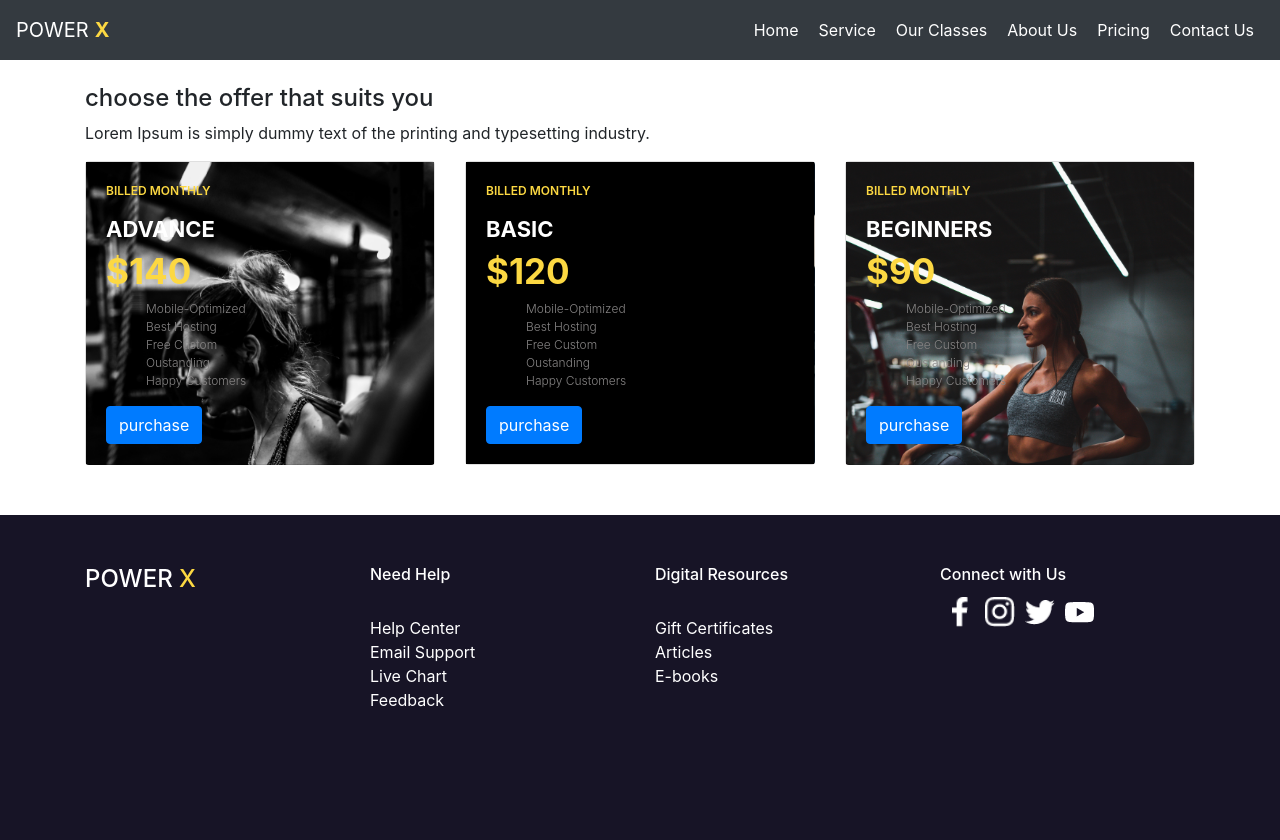
Repository: arif286/power-x-gym
Page: /pricing
The author's editor kept a copy of each file at every save. The page is drawn from the files as they stood at one save, then again after the next save.
The browser window is 1280 px wide. The pictures show the whole page.
The project was rebuilt for these pictures with package versions that can differ from the ones it lists, and the page was loaded fresh each time. Also part of the build but not shown: src/components/Classes/Classes.js, src/components/About/About.js, src/components/ChooseUs/ChooseUs.js, src/components/Programs/Programs.css, src/components/Programs/Programs.js, src/components/WorkOut/WorkOut.css, src/components/WorkOut/WorkOut.js, src/components/Home/Home.js.

Above is the page before, as saved 2021-04-07 23:29:20.

### src/index.js
import React from 'react';
import ReactDOM from 'react-dom';
import App from './App';
import "./index.css";
import reportWebVitals from './reportWebVitals';
ReactDOM.render(
  <React.StrictMode>
    <App />
  </React.StrictMode>,
  document.getElementById('root')
);

// If you want to start measuring performance in your app, pass a function
// to log results (for example: reportWebVitals(console.log))
// or send to an analytics endpoint. Learn more: https://bit.ly/CRA-vitals
reportWebVitals();

### src/App.js
import "bootstrap/dist/css/bootstrap.min.css";
import React from 'react';
import { BrowserRouter as Router, Route, Switch } from "react-router-dom";
import Classes from "./components/Classes/Classes";
import Footer from "./components/Footer/Footer";
import Header from './components/Header/Header';
import Home from './components/Home/Home';
import PricingPlan from "./components/PricingPlan/PricingPlan";
function App() {
  return (
    <div>
      <Router>
        <Header />
        <Switch>
          <Route path="/home">
            <Home />
          </Route>
          <Route path="/classes">
            <Classes/>
          </Route>
          <Route path='/pricing'>
            <PricingPlan/>
          </Route>
          <Route exact path="/">
            <Home />
          </Route>
        </Switch>
        <Footer />
      </Router>
    </div>
  );
}

export default App;

### src/components/Footer/Footer.js
import React from "react";
import { Col, Container, Row } from "react-bootstrap";
import { NavLink } from "react-router-dom";
import Facebook from "../../power-x-gym/Image & Icon/bxl-facebook.png";
import Instagram from "../../power-x-gym/Image & Icon/bxl-instagram.png";
import Twitter from "../../power-x-gym/Image & Icon/bxl-twitter.png";
import YouTube from "../../power-x-gym/Image & Icon/bxl-youtube.png";
import "./Footer.css";
const Footer = () => {
  return (
    <footer>
      <Container>
        <Row className="footer-title">
          <Col xs={12} sm={6} md={3} className="pb-5">
            <h4 style={{ color: "white" }}>
              POWER <span style={{ color: "#fcd842" }}>X</span>
            </h4>
          </Col>
          <Col xs={12} sm={6} md={3} className="pb-5">
            <h6>Need Help</h6>
            <ul className="footer-link">
              <li>
                <NavLink className="company-list" to="/">
                  Help Center
                </NavLink>
              </li>
              <li>
                <NavLink className="company-list" to="/">
                  {" "}
                  Email Support
                </NavLink>
              </li>
              <li>
                <NavLink className="company-list" to="/">
                  Live Chart
                </NavLink>
              </li>
              <li>
                <NavLink className="company-list" to="/">
                  Feedback
                </NavLink>
              </li>
            </ul>
          </Col>
          <Col xs={12} sm={6} md={3} className="pb-5">
            <h6>Digital Resources</h6>
            <ul className="footer-link">
              <li>
                <NavLink className="company-list" to="/">
                  Gift Certificates
                </NavLink>
              </li>
              <li>
                <NavLink className="company-list" to="/">
                  Articles
                </NavLink>
              </li>
              <li>
                <NavLink className="company-list" to="/">
                  E-books
                </NavLink>
              </li>
            </ul>
          </Col>
          <Col xs={12} sm={6} md={3} className="pb-5">
            <h6>Connect with Us</h6>
            <div className="social-link">
              <p>
                <a href="/">
                  <img className="social-img" src={Facebook} alt="" />
                </a>
              </p>
              <p className="social-link">
                <a href="/">
                  <img className="social-img" src={Instagram} alt="" />
                </a>
              </p>
              <p>
                <a href="/">
                  <img className="social-img" src={Twitter} alt="" />
                </a>
              </p>
              <p>
                <a href="/">
                  <img className="social-img" src={YouTube} alt="" />
                </a>
              </p>
            </div>
          </Col>
        </Row>
      </Container>
    </footer>
  );
};

export default Footer;

### src/components/Header/Header.js
import React from "react";
import { Nav, Navbar } from "react-bootstrap";
import { NavLink } from "react-router-dom";
import './Header.css';
const Header = () => {
  return (
    <div>
      <Navbar bg="dark" variant="dark" expand="lg">
        <Navbar.Brand href="#home">
          POWER
          <span
            style={{ color: "#FCD842", marginLeft: "6px", fontWeight: 700 }}
          >
            X
          </span>
        </Navbar.Brand>
        <Navbar.Toggle aria-controls="basic-navbar-nav" />
        <Navbar.Collapse id="basic-navbar-nav">
          <Nav className="ml-auto">
            <NavLink className="header-link" to="/home">
              Home
            </NavLink>
            <NavLink className="header-link" to="#features">
              Service
            </NavLink>
            <NavLink className="header-link" to="/classes">
              Our Classes
            </NavLink>
            <NavLink className="header-link" to="/features">
              About Us
            </NavLink>
            <NavLink className="header-link" to="/pricing">
              Pricing
            </NavLink>
            <NavLink className="header-link" to="/pricing">
              Contact Us
            </NavLink>
          </Nav>
        </Navbar.Collapse>
      </Navbar>
      <br />
    </div>
  );
};

export default Header;

### src/components/PricingPlan/PricingPlan.js
import React from "react";
import { Button, Card, Col, Container, Row } from "react-bootstrap";
import './PricingPlan.css';

const PricingPlan = () => {
  return (
    <Container>
      <h4>choose the offer that suits you</h4>
      <p>
        Lorem Ipsum is simply dummy text of the printing and typesetting
        industry.
      </p>
      <Row className="row-cols-1 row-cols-sm-3">
        <Col>
          <Card className="advance-plan price-card">
            <Card.Body>
              <p>billed monthly</p>
              <h6>advance</h6>
              <h6 style={{ color: "#fcd842", fontSize: "35px" }}>$140</h6>
              <ul className="price-plan">
                <li>Mobile-Optimized</li>
                <li>Best Hosting</li>
                <li>Free Custom</li>
                <li>Oustanding</li>
                <li>Happy Customers</li>
              </ul>
              <Button>purchase</Button>
            </Card.Body>
          </Card>
        </Col>
        <Col>
          <Card className="basic-plan price-card">
            <Card.Body>
              <p>billed monthly</p>
              <h6>basic</h6>
              <h6 style={{ color: "#fcd842", fontSize: "35px" }}>$120</h6>
              <ul className="price-plan">
                <li>Mobile-Optimized</li>
                <li>Best Hosting</li>
                <li>Free Custom</li>
                <li>Oustanding</li>
                <li>Happy Customers</li>
              </ul>
              <Button>purchase</Button>
            </Card.Body>
          </Card>
        </Col>
        <Col>
          <Card className="beginner-plan price-card">
            <Card.Body>
              <p>billed monthly</p>
              <h6>beginners</h6>
              <h6 style={{ color: "#fcd842", fontSize: "35px" }}>$90</h6>
              <ul className="price-plan">
                <li>Mobile-Optimized</li>
                <li>Best Hosting</li>
                <li>Free Custom</li>
                <li>Oustanding</li>
                <li>Happy Customers</li>
              </ul>
              <Button>purchase</Button>
            </Card.Body>
          </Card>
        </Col>
      </Row>
    </Container>
  );
};

export default PricingPlan;

### src/components/Footer/Footer.css
footer {
  background-color: #171426;
  padding-top: 50px;
  padding-bottom: 80px;
  margin-top: 50px;
}
.footer-link {
  list-style: none;
  display: inline;
}
.company-list {
  text-decoration: none;
  color: white;
}
.company-list:hover {
  color: hotpink;
  text-decoration: none;
}
.social-link {
  display: flex;
}

.social-img {
  width: 30px;
  height: 30px;
  object-fit: contain;
}

.social-link p {
  padding: 5px;
  display: inline;
}

.social-link p a img:hover {
  background-color: #257cc3;
}
.footer-title h6 {
  color: white;
}

### src/components/Header/Header.css
.header-link {
  text-decoration: none !important;
  color: white;
  padding: 10px;
}
.header-link:hover {
  color: gray;
}

### src/components/PricingPlan/PricingPlan.css
.advance-plan {
  background-image: url("../../power-x-gym/Image & Icon/hipcravo-5UbIqV58CW8-unsplash.jpg"),
    linear-gradient(black, black);
  background-repeat: no-repeat;
  background-size: cover;
}
.basic-plan {
  background-image: linear-gradient(black, black),
    url("../../power-x-gym/Image & Icon/daniel-apodaca-WdoQio6HPVA-unsplash.jpg");
  background-repeat: no-repeat;
  background-size: cover;
}
.beginner-plan {
  background-image: url("../../power-x-gym/Image & Icon/penguinuhh-8VI6WwEEEHw-unsplash.jpg");
  background-repeat: no-repeat;
  background-size: cover;
}

.price-card p {
  color: #fcd842;
  text-transform: uppercase;
  font-size: 12px;
  font-weight: 600;
}

.price-card h6 {
  color: white;
  text-transform: uppercase;
  font-weight: 700;
  font-size: 22px;
}
.price-plan {
  list-style: none;
}
.price-plan li {
  color: #868484;
  font-size: 12px;
  font-weight: 300;
}

Loaded but not shown: public/index.html (common file); src/index.css (common file); src/reportWebVitals.js (common file)

After the next save:
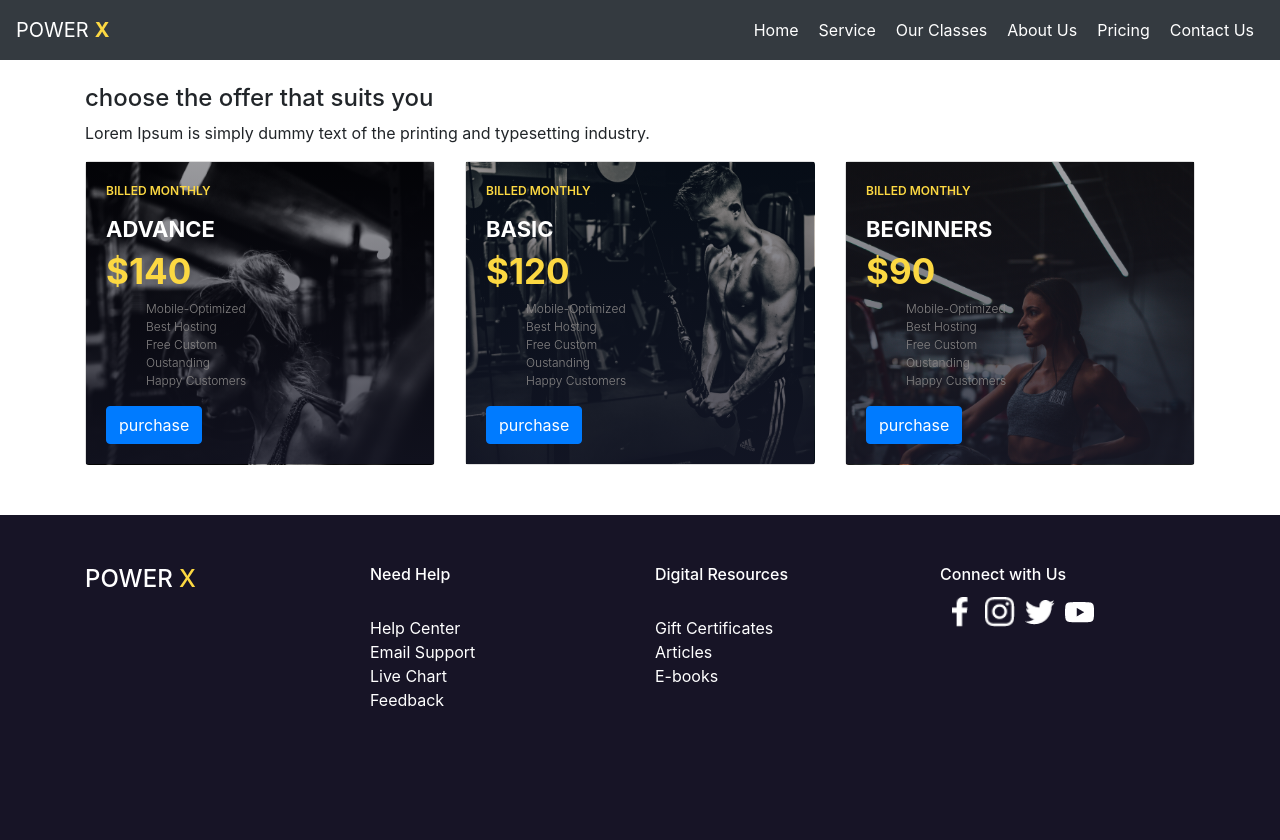
Saved 4 min 24 s later.
--- a/src/components/PricingPlan/PricingPlan.css
+++ b/src/components/PricingPlan/PricingPlan.css
@@ -1,17 +1,18 @@
 .advance-plan {
-  background-image: url("../../power-x-gym/Image & Icon/hipcravo-5UbIqV58CW8-unsplash.jpg"),
-    linear-gradient(black, black);
+  background-image: linear-gradient(#0708115e, #151626c4),
+    url("../../power-x-gym/Image & Icon/hipcravo-5UbIqV58CW8-unsplash.jpg");
   background-repeat: no-repeat;
   background-size: cover;
 }
 .basic-plan {
-  background-image: linear-gradient(black, black),
+  background-image: linear-gradient(#0708115e, #151626c4),
     url("../../power-x-gym/Image & Icon/daniel-apodaca-WdoQio6HPVA-unsplash.jpg");
   background-repeat: no-repeat;
   background-size: cover;
 }
 .beginner-plan {
-  background-image: url("../../power-x-gym/Image & Icon/penguinuhh-8VI6WwEEEHw-unsplash.jpg");
+  background-image: linear-gradient(#0708115e, #151626c4),
+    url("../../power-x-gym/Image & Icon/penguinuhh-8VI6WwEEEHw-unsplash.jpg");
   background-repeat: no-repeat;
   background-size: cover;
 }
